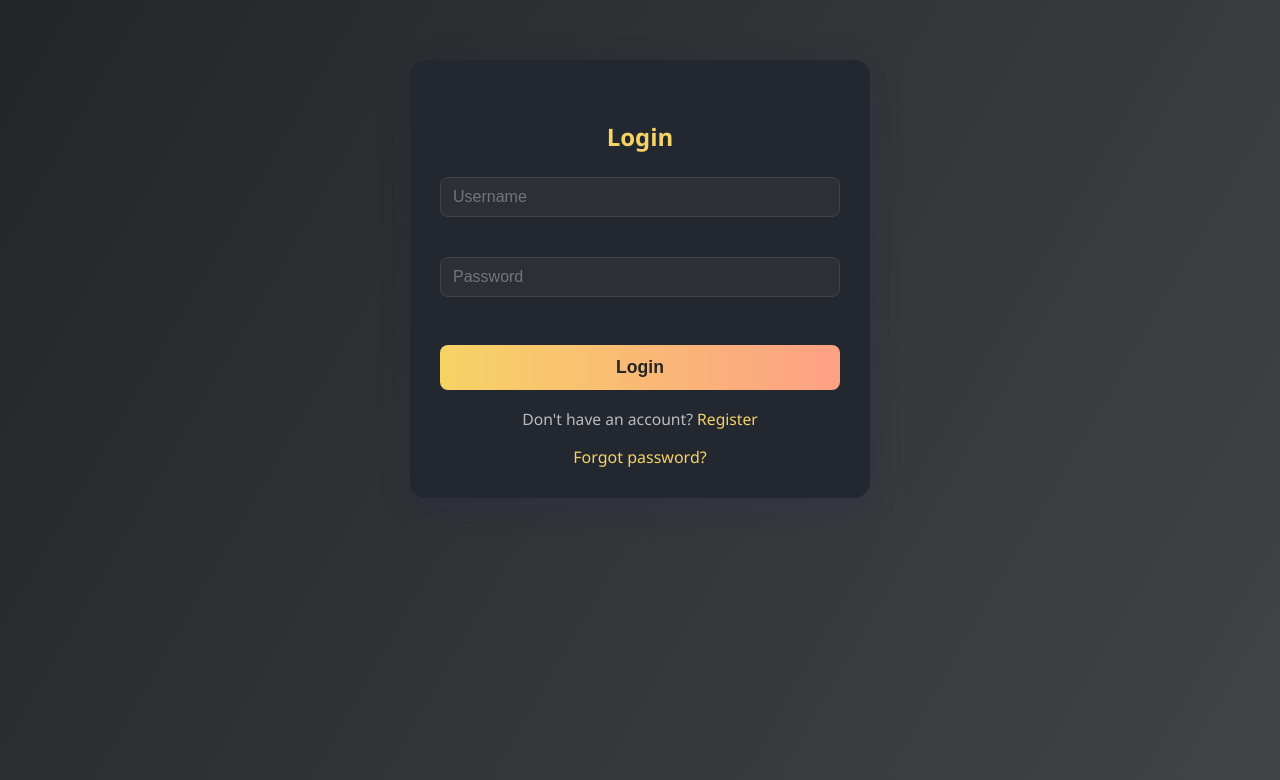
Repository: lowluds/auth-flask
Page: http://localhost/login
An editor plug-in stored every save of this project. The page is shown before and after the next save, followed by the edit.
The browser window is 1280 px wide. The pictures show the whole page.
The page is served by the project's application, run on Flask 3 (login.py).

Above is the page before, as saved 2025-07-10 19:42:45.

### templates/login.html
<!DOCTYPE html>
<html lang="en">
<head>
    <meta charset="UTF-8">
    <meta name="viewport" content="width=device-width, initial-scale=1.0">
    <title>Login</title>
    <link rel="stylesheet" href="{{ url_for('static', filename='register.css') }}">
    <link rel="stylesheet" href="{{ url_for('static', filename='error.css') }}">
</head>

<body>
    <div class="login-container">
        <h2>Login</h2>
        <form method="post" action="/login">
            <input type="text" name="username" placeholder="Username" required><br>
            <input type="password" name="password" placeholder="Password" required><br>

            {% with messages = get_flashed_messages(with_categories=true) %}
              {% if messages %}
                {% for category, message in messages %}
                  {% if category == 'error' %}
                  <div class="input-error">{{ message }}</div>
                  {% endif %}
                {% endfor %}
              {% endif %}
            {% endwith %}

            <button type="submit">Login</button>
        </form>
        <p>Don't have an account? <a href="/register">Register</a></p>

            <a href="{{ url_for('forgot_password') }}">Forgot password?</a>

    </div>
</body>
</html>

### login.py
from flask import Flask, render_template, request, redirect, url_for, session, flash
from werkzeug.security import check_password_hash
from werkzeug.security import generate_password_hash
import json

app = Flask (__name__)
app.secret_key = '123abc456'  # Change this to a secure random value

@app.route('/')
def home():
    return redirect(url_for('login'))

# Login
@app.route('/login', methods=['GET', 'POST'])
def login():
    if request.method == 'POST':
        # Get form input
        username = request.form['username']
        password = request.form['password']

        # Load users from JSON
        with open('users/userDB.json', 'r') as file:
            data = json.load(file)

        # Look for user
        for user in data['users']:
            if user['username'] == username:
                # Check hashed password
                if check_password_hash(user['password'], password):
                    session['username'] = username
                    session['group'] = user['group']

                    # Redirect based on group
                    if user['group'] == 'admin':
                        return redirect(url_for('admin'))
                    else:
                        return redirect(url_for('dashboard'))

                flash("Incorrect password", "error")
                return redirect(url_for('login'))

        flash("User not found", "error")
        return redirect(url_for('login'))

    return render_template('login.html')

# Register
@app.route('/register', methods=['GET', "POST"])
def register():
    if request.method == 'POST':
        username = request.form['username']
        password = request.form['password']
        group = "user"

        # Load existing users
        with open('users/userDB.json', 'r') as file:
            data = json.load(file)

        # Check for duplicate username
        for user in data['users']:
            if user['username'] == username:
                flash("Username already exists. Please choose another.", "error")
                return redirect(url_for('register'))

        # Hash the password
        hashed_password = generate_password_hash(password)

        # Add new user to userDB.json
        data['users'].append({
            'username': username,
            'password': hashed_password,
            'group'   : group
        })

        # Save the updated user to userDB.json
        with open('users/userDB.json', "w") as file:
            json.dump(data, file, indent=4)

        flash("You are registered! Please log in.", "success")
        return redirect(url_for('login'))

    # Only runs for GET requests
    return render_template('register.html')

# Forgot Password
@app.route('/forgot')
def forgot_password():
    return render_template('forgot.html')

# Dashboard
@app.route('/dashboard')
def dashboard():
    # Check if user is logged in
    if 'username' in session:
        return render_template('dashboard.html')
    else:
        return redirect(url_for('login'))
# Admin dashboard
@app.route('/admin')
def admin():
    if 'username' in session:
        if session.get('group') == 'admin':
            return render_template('admin.html')
        else:
            return "You are logged in, but not authorized to view this page"
    else:
        return redirect(url_for('login'))

# Logout
@app.route('/logout')
def logout():
    session.pop('username', None)
    return redirect(url_for('login'))

if __name__ == '__main__':
    app.run(debug=True)

### static/register.css
/* Modern dark theme for all pages */
body {
    background: linear-gradient(120deg, #232526 0%, #414345 100%);
    font-family: 'Segoe UI', Tahoma, Geneva, Verdana, sans-serif;
    margin: 0;
    padding: 0;
    min-height: 100vh;
    color: #f3f3f3;
}

/* Shared container style for login and register */
.login-container, .register-container {
    background: #23272f;
    max-width: 400px;
    margin: 60px auto;
    padding: 40px 30px 30px 30px;
    border-radius: 16px;
    box-shadow: 0 8px 32px 0 rgba(31, 38, 135, 0.18);
    display: flex;
    flex-direction: column;
    align-items: center;
}

.login-container h2, .register-container h2 {
    margin-bottom: 24px;
    color: #f6d365;
    font-weight: 600;
}

.login-container form, .register-container form {
    width: 100%;
    display: flex;
    flex-direction: column;
}

.login-container label, .register-container label {
    margin-bottom: 6px;
    color: #f3f3f3;
    font-size: 1rem;
}

.login-container input,
.login-container select,
.register-container input,
.register-container select {
    padding: 10px 12px;
    margin-bottom: 18px;
    border: 1px solid #444;
    border-radius: 8px;
    font-size: 1rem;
    background: #2c2f36;
    color: #f3f3f3;
    transition: border 0.2s, background 0.2s;
}

.login-container input:focus,
.login-container select:focus,
.register-container input:focus,
.register-container select:focus {
    border: 1.5px solid #f6d365;
    outline: none;
    background: #23272f;
}

.login-container button, .register-container button {
    background: linear-gradient(90deg, #f6d365 0%, #fda085 100%);
    color: #232526;
    border: none;
    border-radius: 8px;
    padding: 12px;
    font-size: 1.1rem;
    font-weight: 600;
    cursor: pointer;
    transition: background 0.2s, color 0.2s;
    margin-top: 8px;
}

.login-container button:hover, .register-container button:hover {
    background: linear-gradient(90deg, #fda085 0%, #f6d365 100%);
    color: #232526;
}

.login-container p, .register-container p {
    margin-top: 18px;
    color: #bbb;
    font-size: 0.98rem;
}

.login-container a, .register-container a {
    color: #f6d365;
    text-decoration: none;
    font-weight: 500;
    transition: color 0.2s;
}

.login-container a:hover, .register-container a:hover {
    color: #fda085;
}

### static/error.css
/* Modern error style for login and form input errors */
.input-error {
    background: none;
    color: #ff0000;
    padding: 0;
    border-radius: 0;
    margin: 14px 0 18px 0;
    font-weight: 600;
    text-align: center;
    box-shadow: none;
    letter-spacing: 0.7px;
    font-size: 1.08rem;
    border: none;
    text-shadow: none;
    max-width: 400px;
    width: 90%;
    margin-left: auto;
    margin-right: auto;
}
@keyframes fadeOut {
  0% { opacity: 0.98; transform: translateY(0); }
  80% { opacity: 0.98; }
  100% { opacity: 0; transform: translateY(-20px); pointer-events: none; }
}

After the next save:
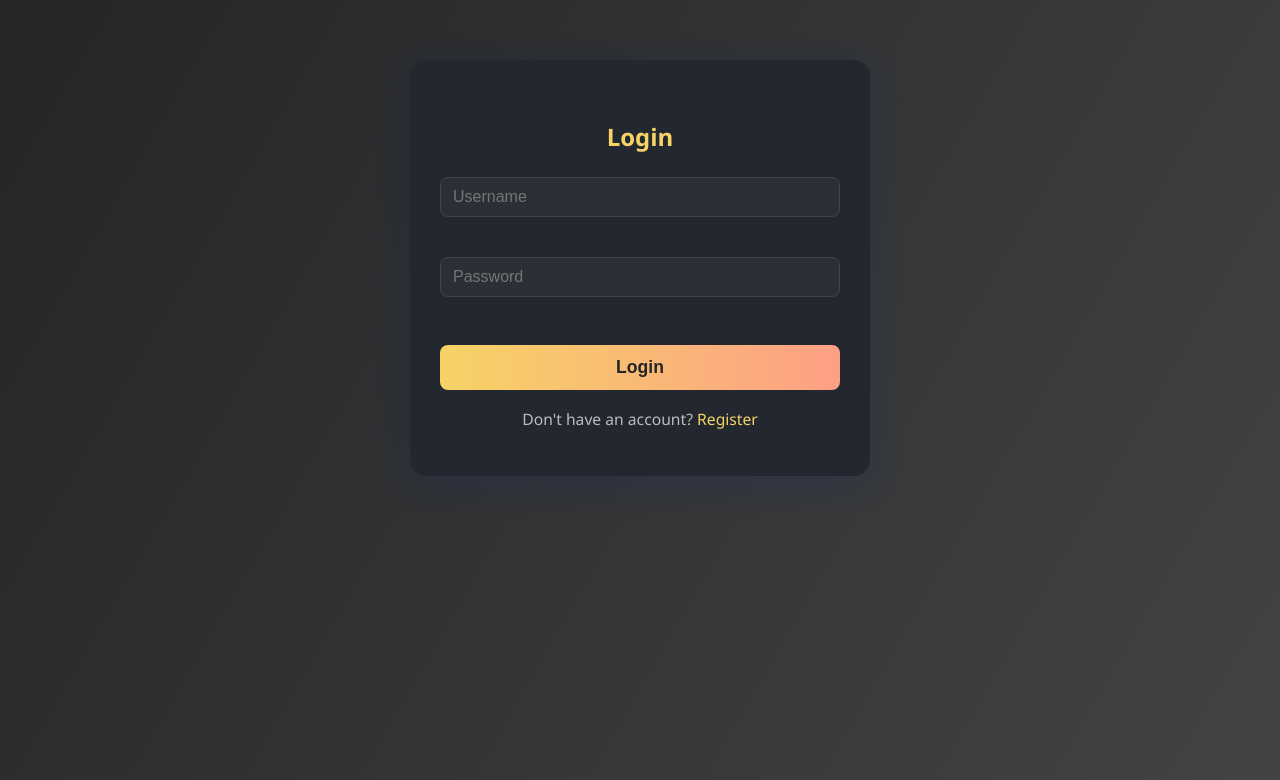
Saved 6 min 12 s later.
--- a/templates/login.html
+++ b/templates/login.html
@@ -29,8 +29,9 @@
         </form>
         <p>Don't have an account? <a href="/register">Register</a></p>
 
+            {% if show_forgot %}
             <a href="{{ url_for('forgot_password') }}">Forgot password?</a>
-
+            {% endif %}
     </div>
 </body>
 </html>
